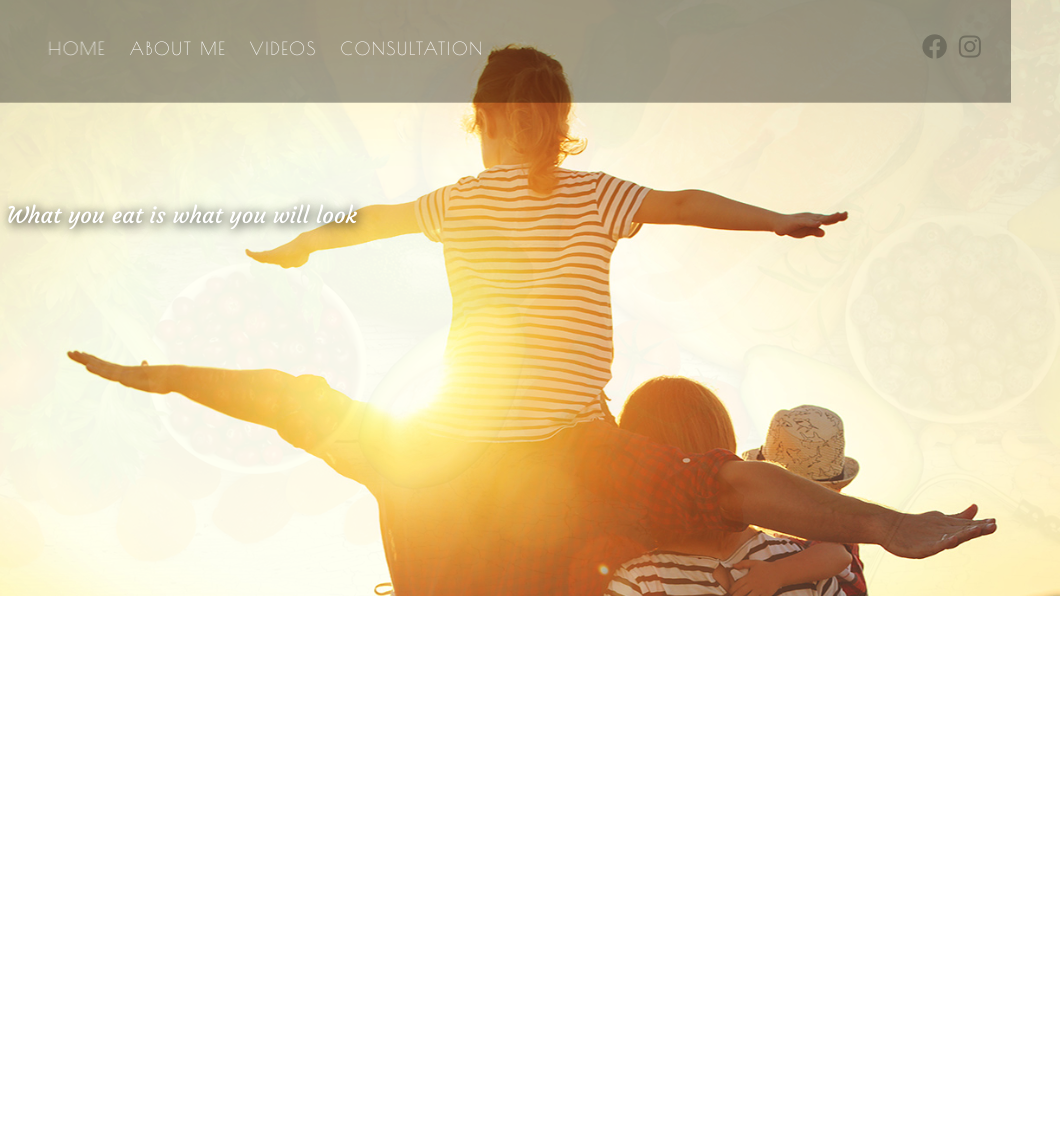
Repository: Aleksandre19/cv-ucmp
Page: index.html
The author's editor kept a record of every edit. The page is drawn from the files as they stood at one moment, then again after the next edit.
The browser window is 1280 px wide. The page is 1342 px wide, so the pictures cover 1342 px, including what lies to the right of the window. The pictures show the whole page, at 79% of full size.
Backgrounds fixed to the window are drawn as part of the page. Some web libraries are served in a nearby version.

Above is the page before.

After the next edit:
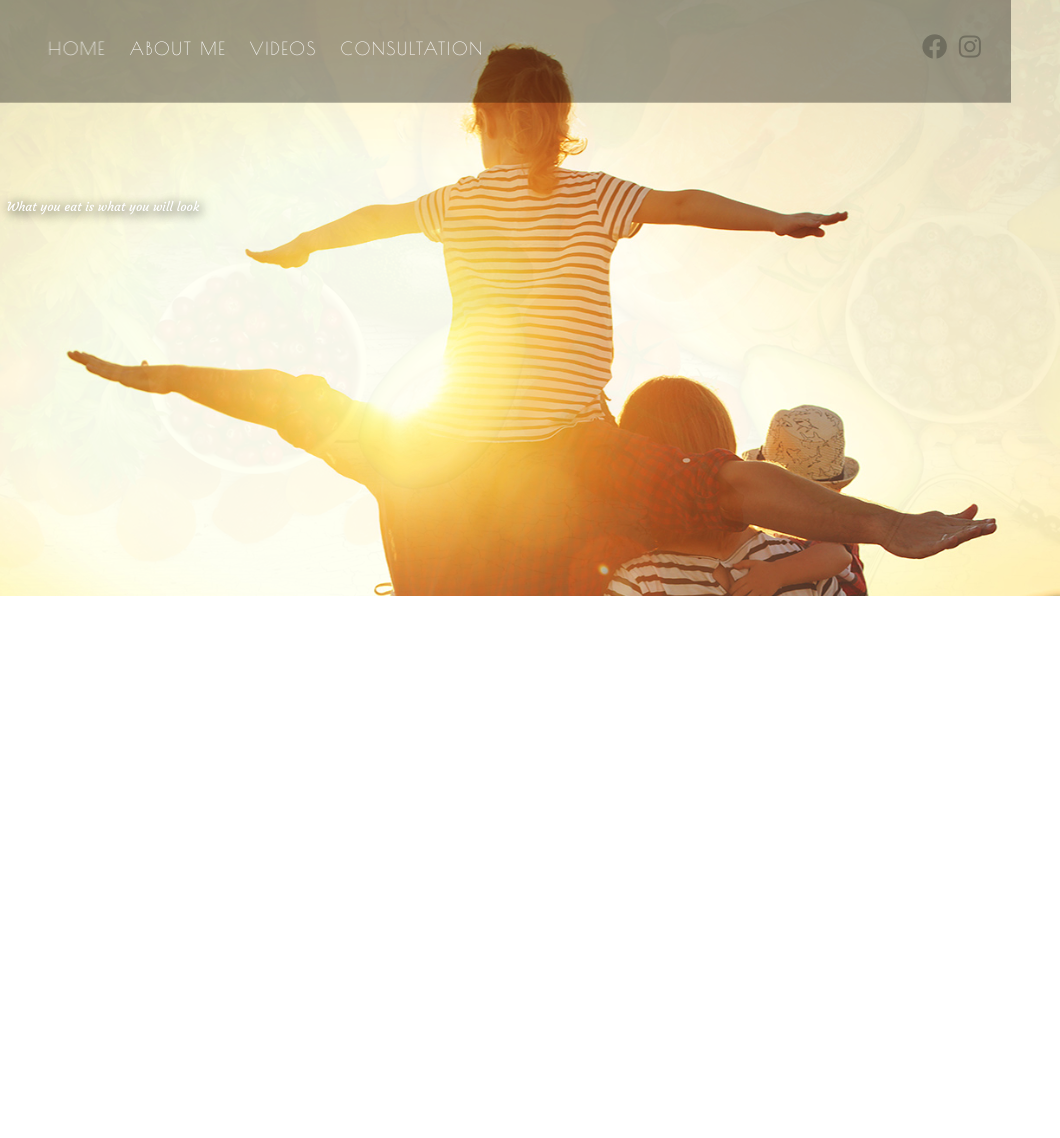
The edit:
--- a/assets/css/style.css
+++ b/assets/css/style.css
@@ -252,7 +252,7 @@
         font-size: 5em;
 
     }
-    50% {
+    16% {
         font-size: 0em;
     }
 
